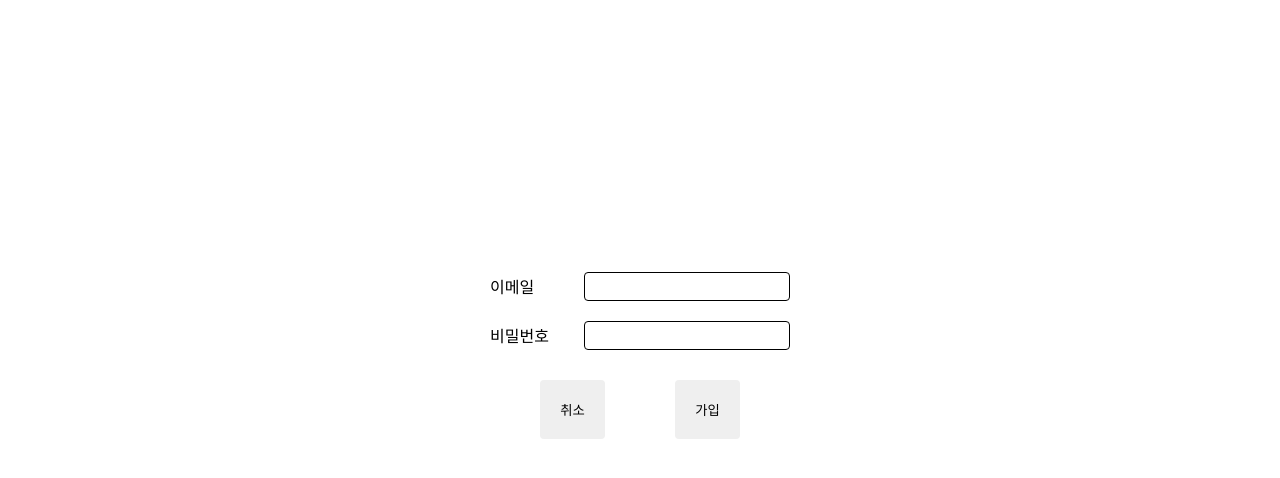
Repository: momo0170/react-shopping
Page: /register
An editor plug-in stored every save of this project. The page is shown before and after a run of saves, followed by the edit.
The browser window is 1280 px wide. The pictures show the whole page.
The page's requests for data from a server got no answer. Some web fonts or font styles are not loaded; a fallback is used. The project was rebuilt for these pictures with package versions that can differ from the ones it lists, and the page was loaded fresh each time. No one was signed in, and anything a server would have sent is missing. Also part of the build but not shown: src/App.css, src/css/Header.module.css, src/components/Header.jsx, src/App.js, src/router/Products.jsx, src/css/Login.module.css, src/router/Login.jsx.

Above is the page before, as saved 2023-02-22 20:22:14.

### public/index.html
<!DOCTYPE html>
<html lang="en">
  <head>
    <meta charset="utf-8" />
    <link rel="icon" href="%PUBLIC_URL%/images/shopping.png" />
    <meta name="viewport" content="width=device-width, initial-scale=1" />
    <meta name="theme-color" content="#000000" />
    <meta
      name="description"
      content="Web site created using create-react-app"
    />
    <!-- <link rel="apple-touch-icon" href="%PUBLIC_URL%/logo192.png" /> -->
    <!--
      manifest.json provides metadata used when your web app is installed on a
      user's mobile device or desktop. See https://developers.google.com/web/fundamentals/web-app-manifest/
    -->

    <!--
      Notice the use of %PUBLIC_URL% in the tags above.
      It will be replaced with the URL of the `public` folder during the build.
      Only files inside the `public` folder can be referenced from the HTML.

      Unlike "/favicon.ico" or "favicon.ico", "%PUBLIC_URL%/favicon.ico" will
      work correctly both with client-side routing and a non-root public URL.
      Learn how to configure a non-root public URL by running `npm run build`.
    -->
    <title>Shoppy</title>
    <link rel="preconnect" href="https://fonts.googleapis.com" />
    <link rel="preconnect" href="https://fonts.gstatic.com" crossorigin />
    <link
      href="https://fonts.googleapis.com/css2?family=Nanum+Gothic+Coding&display=swap"
      rel="stylesheet"
    />
  </head>
  <body>
    <noscript>You need to enable JavaScript to run this app.</noscript>
    <div id="root"></div>
    <!--
      This HTML file is a template.
      If you open it directly in the browser, you will see an empty page.

      You can add webfonts, meta tags, or analytics to this file.
      The build step will place the bundled scripts into the <body> tag.

      To begin the development, run `npm start` or `yarn start`.
      To create a production bundle, use `npm run build` or `yarn build`.
    -->
  </body>
</html>

### src/index.js
import React from 'react';
import ReactDOM from 'react-dom/client';
import './index.css';
import App from './App';
import { createBrowserRouter, RouterProvider } from 'react-router-dom';
import Products from './router/Products';
import Login from './router/Login';
import Register from './router/Register';

const router = createBrowserRouter([
  {
    path: '/',
    element: <App />,
    children: [
      {
        index: true,
        element: <Products />,
      },
    ],
  },
  {
    path: '/login',
    element: <Login />,
  },
  {
    path: '/register',
    element: <Register />,
  },
]);
const root = ReactDOM.createRoot(document.getElementById('root'));
root.render(
  <RouterProvider router={router}>
    <App />
  </RouterProvider>
);

### src/index.css
:root {
  --margin-small: 5px;
  --margin-medium: 10px;
  --margin-large: 20px;
  --margin-xlarge: 30px;

  --font-xsmall: 14px;
  --font-small: 16px;
  --font-medium: 24px;
  --font-large: 32px;
  --font-xlarge: 36px;
  --font-xxlarge: 44px;
}

body {
  margin: 0;
  font-family: 'Nanum Gothic Coding', monospace;
}

button {
  font-family: 'Nanum Gothic Coding', monospace;
}

### src/router/Register.jsx
import React, { useState } from 'react';
import { registerUser } from '../firebase/Firebase-Auth';
import styles from '../css/Register.module.css';

export default function Register() {
  const [account, setAccount] = useState({
    email: '',
    password: '',
  });

  const onChangeAccount = (e) => {
    setAccount({
      ...account,
      [e.target.name]: e.target.value,
    });
  };

  // 회원가입
  const registerAccount = () => {
    const result = window.confirm('가입하시겠습니까?');
    result && registerUser(account.email, account.password);
  };
  console.log(`이메일 : ${account.email}`);
  console.log(`비밀번호 : ${account.password}`);
  return (
    <main className={styles.main}>
      <div className={styles.email}>
        <span>이메일</span>
        <input type="text" name="email" onChange={onChangeAccount} />
      </div>
      <div className={styles.password}>
        <span>비밀번호</span>
        <input type="password" name="password" onChange={onChangeAccount} />
      </div>
      <div className={styles.btns}>
        <button className={styles.cancelBtn}>취소</button>
        <button onClick={registerAccount} className={styles.registerBtn}>
          가입
        </button>
      </div>
    </main>
  );
}

### src/firebase/Firebase-Auth.js
import { initializeApp } from 'firebase/app';
import { getAuth, createUserWithEmailAndPassword } from 'firebase/auth';

const firebaseConfig = {
  apiKey: process.env.REACT_APP_API_KEY,
  authDomain: process.env.REACT_APP_AUTH_DOMAIN,
  databaseURL: process.env.REACT_APP_DATABASE_URL,
  projectId: process.env.REACT_APP_PROJECT_ID,
  storageBucket: process.env.REACT_APP_STORAGE_BUCKET,
  messagingSenderId: process.env.REACT_APP_MESSAGING_ID,
  appId: process.env.REACT_APP_APP_ID,
};

const app = initializeApp(firebaseConfig);
const auth = getAuth(app);

// firebase에 사용자 등록
export function registerUser(email, password) {
  createUserWithEmailAndPassword(auth, email, password)
    .then((userCredential) => {
      // Signed in
      const user = userCredential.user;
      console.log(user);
      // ...
    })
    .catch((error) => {
      console.log(error);
      // ..
    });
}

### src/css/Register.module.css
.main {
  display: flex;
  flex-direction: column;
  justify-content: center;
  align-items: center;
  width: 400px;
  height: 100vh;
  margin: 0 auto;
}

.email,
.password {
  width: 300px;
  display: flex;
  justify-content: space-between;
  align-items: center;
}

.email input,
.password input {
  width: 200px;
  height: 25px;
  margin: var(--margin-medium) 0;
  border: 0.5px solid black;
  border-radius: 4px;
}

.email input:focus,
.password input:focus {
  outline: 1px solid black;
}

.btns {
  display: flex;
  justify-content: space-evenly;
  width: 300px;
}
.btns * {
  border: none;
  border-radius: 4px;
  margin: var(--margin-large);
  padding: var(--margin-large);
}

After the next 2 saves:
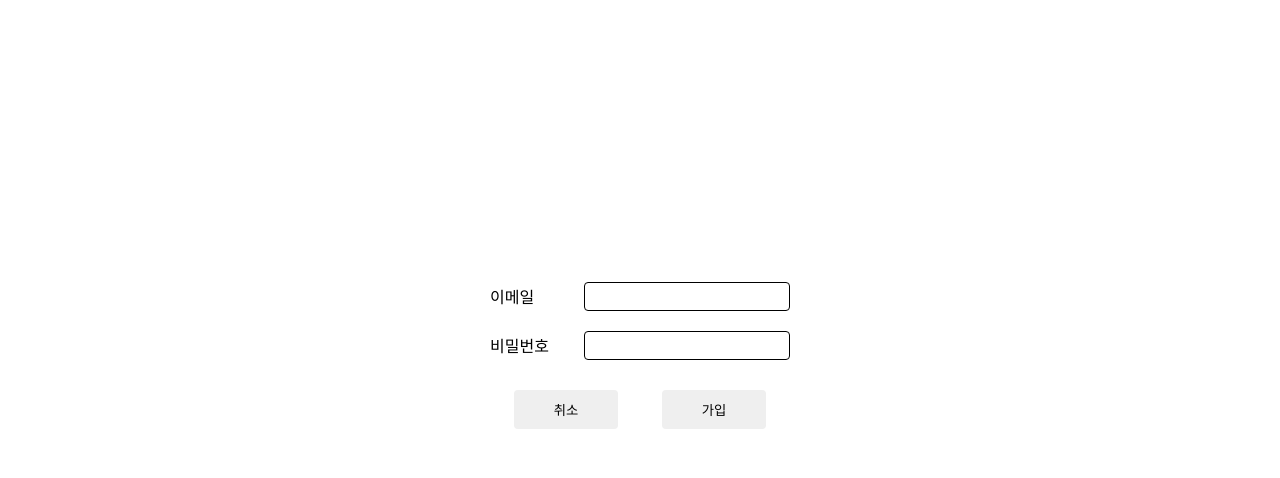
The 2 saves are shown as one change because they came seconds apart.
The last was saved 40 s later.
--- a/src/css/Register.module.css
+++ b/src/css/Register.module.css
@@ -39,5 +39,5 @@
   border: none;
   border-radius: 4px;
   margin: var(--margin-large);
-  padding: var(--margin-large);
+  padding: calc(var(--margin-large) / 2) calc(var(--margin-large) * 2);
 }
